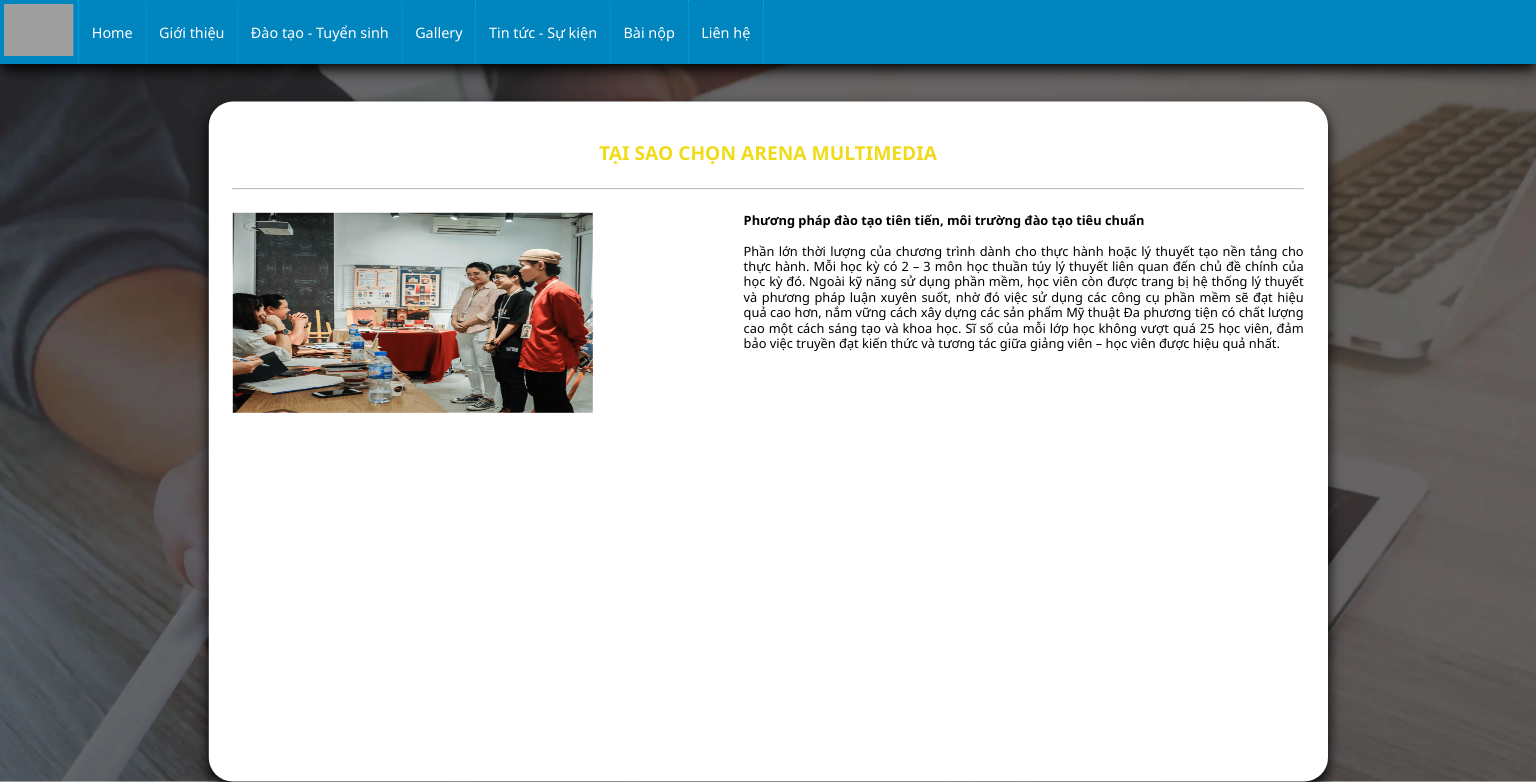
Repository: arena-dttan/dcw-final-exam-d2107m1
Page: final-list/DCW_Final_5_Nguyen-Thi-Thu-Huong_D2107M1/gioi-thieu.html
The author's editor kept a copy of each file at every save. The page is drawn from the files as they stood at one save, then again after a run of saves.
The browser window is 1280 px wide. The page is 1920 px wide, so the pictures cover 1920 px, including what lies to the right of the window. The pictures show the whole page, at 80% of full size.
Pictures or frames that could not be fetched are drawn as grey boxes.

Above is the page before, as saved 2022-06-26 15:30:51.

After the next 3 saves:
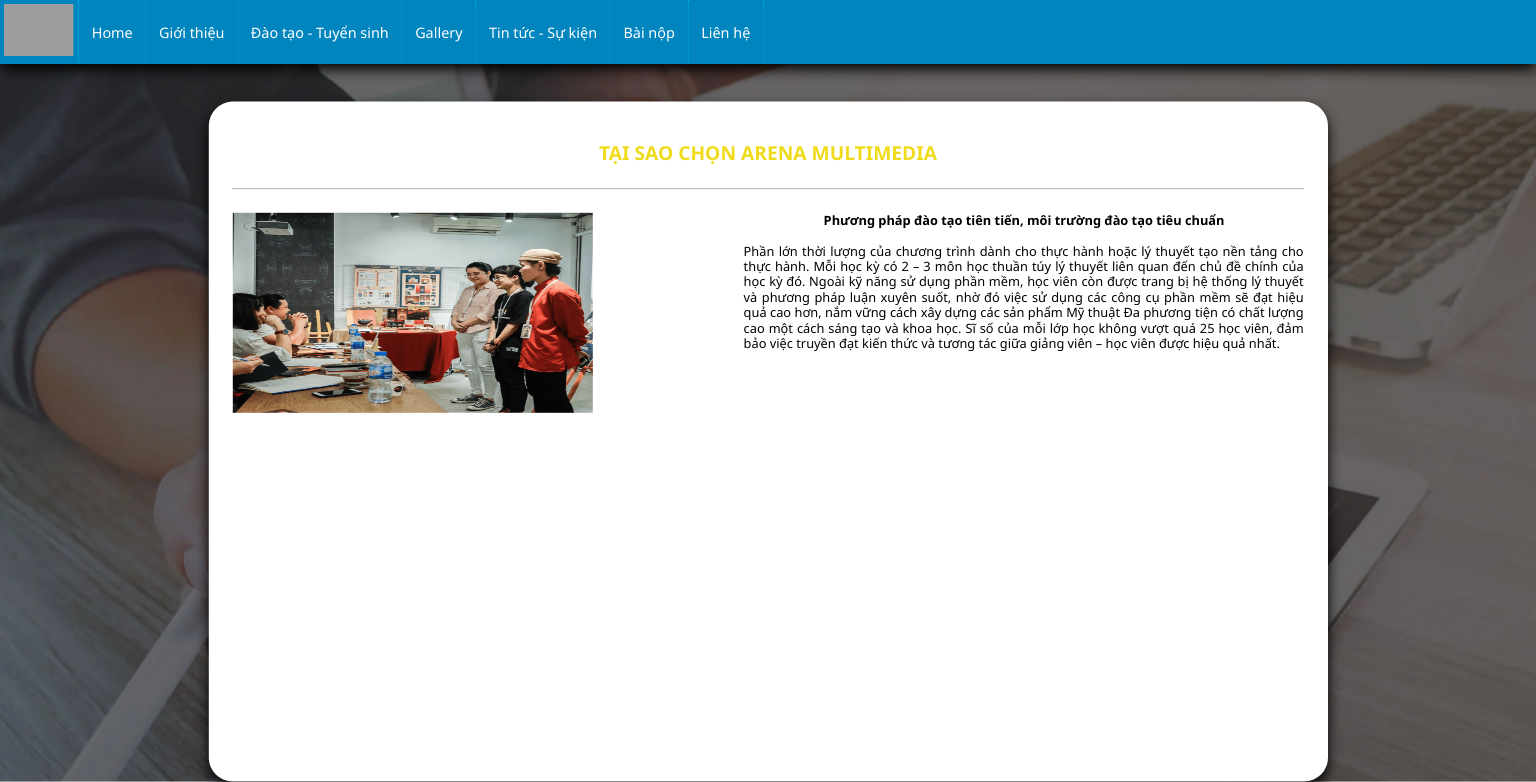
The 3 saves are shown as one change because they came seconds apart.
The last was saved 6 s later.
--- a/final-list/DCW_Final_5_Nguyen-Thi-Thu-Huong_D2107M1/index.css
+++ b/final-list/DCW_Final_5_Nguyen-Thi-Thu-Huong_D2107M1/index.css
@@ -152,7 +152,7 @@
 }
 span {
     position: relative;
-    left: auto;
+    left: 100px;
 }
 img {
     float: left;
